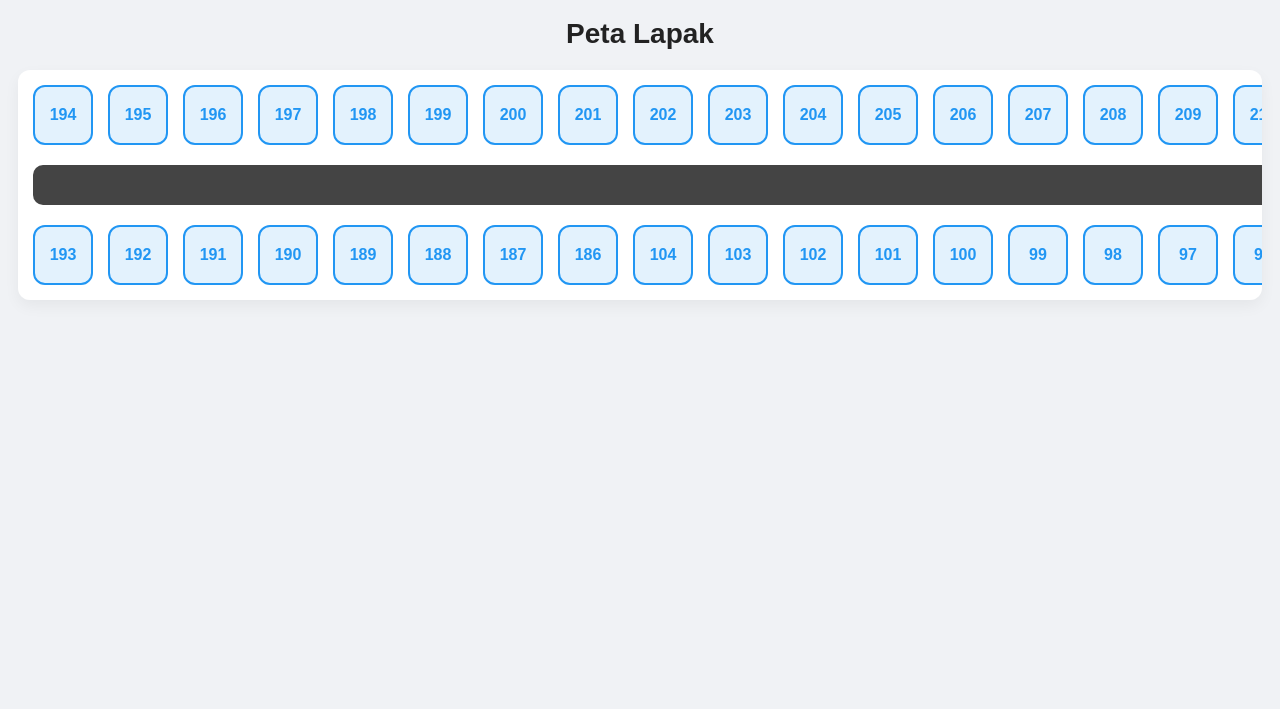
Repository: pasarrakyatbak/denah
Page: index.html
The author's editor kept a copy of each file at every save. The page is drawn from the files as they stood at one save, then again after the next save.
The browser window is 1280 px wide. The pictures show the whole page.

Above is the page before, as saved 2025-09-19 09:04:13.

### index.html
<!DOCTYPE html>
<html lang="id">

<head>
    <meta charset="utf-8" />
    <meta name="viewport" content="width=device-width,initial-scale=1" />
    <title>Peta Lapak</title>
    <link rel="stylesheet" href="style.css" />
</head>

<body>
    <h1>Peta Lapak</h1>

    <div class="scroll-container">
        <div class="h-inner">
            <!-- Baris atas: sisi kanan -->
            <div class="row top" id="right-side"></div>

            <!-- Jalan horizontal -->
            <div class="road" id="road">JALAN</div>

            <!-- Baris bawah: sisi kiri -->
            <div class="row bottom" id="left-side"></div>
        </div>
    </div>

    <script src="script.js"></script>
</body>

</html>

### style.css
/* Reset & Base */
* {
    margin: 0;
    padding: 0;
    box-sizing: border-box;
}

body {
    font-family: 'Poppins', sans-serif;
    background: #f0f2f5;
    color: #222;
    padding: 18px;
    text-align: center;
}

h1 {
    font-size: 28px;
    margin-bottom: 20px;
}

/* Scroll horizontal container */
.scroll-container {
    position: relative;
    width: 100%;
    overflow-x: auto;
    overflow-y: hidden;
    background: #fff;
    border-radius: 12px;
    padding: 15px;
    box-shadow: 0 6px 15px rgba(0, 0, 0, 0.05);
}

/* Flex column */
.h-inner {
    display: flex;
    flex-direction: column;
    gap: 20px;
    min-width: max-content;
}

/* Row lapak */
.row {
    display: flex;
    gap: 15px;
    align-items: center;
    min-width: max-content;
}

/* Kotak lapak modern */
.lapak {
    width: 60px;
    height: 60px;
    border-radius: 12px;
    background: #e3f2fd;
    border: 2px solid #2196f3;
    color: #2196f3;
    font-weight: 600;
    display: flex;
    align-items: center;
    justify-content: center;
    transition: all 0.2s ease;
    cursor: pointer;
}

.lapak:hover {
    background: #2196f3;
    color: #fff;
    transform: scale(1.1);
    box-shadow: 0 4px 12px rgba(0, 0, 0, 0.15);
}

/* Jalan */
.road {
    height: 40px;
    background: #444;
    color: #fff;
    display: flex;
    align-items: center;
    justify-content: center;
    border-radius: 10px;
    padding: 0 10px;
    min-width: max-content;
}

/* Gerbang */
.jalan-gerbang {
    width: 130px;
    height: 45px;
    background: #ff9800;
    color: #fff;
    display: flex;
    align-items: center;
    justify-content: center;
    border-radius: 10px;
    font-weight: 700;
    transition: all 0.2s;
}

.jalan-gerbang:hover {
    background: #fb8c00;
    transform: scale(1.05);
}

/* Container gapura lintas jalan */
.gapura-container {
    width: 60px;
    height: 60px;
    display: flex;
    flex-direction: column;
    align-items: center;
    justify-content: center;
    gap: 3px;
}

/* Simbol gapura */
.gapura-icon {
    font-size: 22px;
}

/* Panah */
.gapura-arrow {
    font-size: 18px;
    line-height: 1;
}

/* Sungai di bawah lapak */
.sungai-bawah {
    position: absolute;
    width: 80px;
    height: 50px;
    background: linear-gradient(to right, #2196f3, #64b5f6);
    border-radius: 8px;
    color: #fff;
    font-size: 18px;
    font-weight: bold;
    display: flex;
    align-items: center;
    justify-content: center;
    box-shadow: 0 3px 6px rgba(0, 0, 0, 0.2);
}

/* Responsive */
@media(max-width:900px) {
    .lapak {
        width: 50px;
        height: 50px;
        font-size: 14px;
    }

    .jalan-gerbang {
        width: 100px;
        height: 38px;
        font-size: 13px;
    }
}

@media(max-width:480px) {
    .lapak {
        width: 40px;
        height: 40px;
        font-size: 12px;
    }

    .jalan-gerbang {
        width: 80px;
        height: 34px;
        font-size: 12px;
    }
}

### script.js
// DATA NOMOR
const leftNumbers = [
    1, 2, 3, 4, 5, 6, 7, 8, 9, 10, 11, 15, 16, 17, 18, 19, 20, 21, 22, 23, 24,
    25, 26, 27, 28, 29, 30, 31, 32, 33, 34, 35, 36, 37, 38, 39, 40, 41, 42, 43,
    44, 45, 46, 47, 48, 49, 50, 51, 52, 53, 54, 55, 56, 57, 58, 59, 60, 61, 62,
    63, 64, 65, 66, 67, 68, 69, 70, 71, 72, 73, 74, 75, 76, 77, 78, 79, 80, 81,
    82, 83, 84, 85, 86, 87, 88, 89, 90, 91, 92, 93, 94, 95, 96, 97, 98, 99, 100,
    101, 102, 103, 104, 186, 187, 188, 189, 190, 191, 192, 193
];
const rightNumbers = [
    194, 195, 196, 197, 198, 199, 200, 201, 202, 203, 204, 205, 206, 207, 208,
    209, 210, 211, 212, 213, 105, 106, 107, 108, 109, 110, 111, 112, 113, 114,
    115, 116, 117, 118, 119, 120, 121, 122, 123, 124, 125, 126, 127, 128, 129,
    130, 131, 132, 133, 134, 135, 136, 137, 138, 214, 215, 216, 139, 140, 141,
    142, 143, 144, 145, 146, 147, 148, 149, 150, 151, 152, 153, 154, 155, 156,
    157, 158, 159, 160, 161, 162, 163, 164, 165, 166, 167, 168, 169, 170, 171,
    172, 173, 174, 175, 176, 177, 178, 179, 180, 181, 182, 183, 184, 185
];

const rightSide = document.getElementById('right-side');
const leftSide = document.getElementById('left-side');

// Fungsi buat lapak
function makeLapak(num) {
    const d = document.createElement('div');
    d.className = 'lapak';
    d.textContent = num;
    return d;
}
rightNumbers.forEach(n => rightSide.appendChild(makeLapak(n)));
leftNumbers.slice().reverse().forEach(n => leftSide.appendChild(makeLapak(n)));

// Gerbang di sisi kiri
function insertGerbangBetween(parent, a, b, label = 'Gerbang Sekolah') {
    const children = Array.from(parent.children);
    const idxA = children.findIndex(c => c.textContent == String(a));
    const idxB = children.findIndex(c => c.textContent == String(b));
    if (idxA === -1 || idxB === -1) return;
    const insertAfterIndex = Math.min(idxA, idxB);
    const refNode = parent.children[insertAfterIndex + 1] || null;
    const g = document.createElement('div');
    g.className = 'jalan-gerbang';
    g.textContent = label;
    parent.insertBefore(g, refNode);
}
insertGerbangBetween(leftSide, 2, 3);
insertGerbangBetween(leftSide, 11, 15);
// Fungsi buat gapura lintas jalan dengan garis penghubung
function insertGapuraLintasJalan(leftParent, rightParent, a, b) {
    const leftChildren = Array.from(leftParent.children);
    const rightChildren = Array.from(rightParent.children);

    const idxLeft = leftChildren.findIndex(c => c.textContent == String(a));
    const idxRight = rightChildren.findIndex(c => c.textContent == String(b));

    if (idxLeft === -1 || idxRight === -1) return;

    // Buat gapura bawah (⛩️ + panah ke atas)
    const gapuraBottom = document.createElement('div');
    gapuraBottom.className = 'gapura-container';
    gapuraBottom.innerHTML = `
        <div class="gapura-icon">⛩️</div>
        <div class="gapura-arrow">⬆️</div>
    `;
    leftParent.insertBefore(gapuraBottom, leftParent.children[idxLeft + 1]);

    // Buat gapura atas (panah ke bawah + ⛩️)
    const gapuraTop = document.createElement('div');
    gapuraTop.className = 'gapura-container';
    gapuraTop.innerHTML = `
        <div class="gapura-arrow">⬇️</div>
        <div class="gapura-icon">⛩️</div>
    `;
    rightParent.insertBefore(gapuraTop, rightParent.children[idxRight]);

    // Buat garis penghubung (connector) di jalan
    const road = document.getElementById("road");
    const connector = document.createElement("div");
    connector.className = "gapura-connector";
    road.appendChild(connector);
}

// Tambah gapura lintas jalan antara 57-58 (bawah) dan 145-146 (atas)
insertGapuraLintasJalan(leftSide, rightSide, 57, 146);
// Fungsi tambah simbol jembatan sungai di samping lapak tertentu
function insertJembatanSungai(parent, targetNum) {
    const children = Array.from(parent.children);
    const idx = children.findIndex(c => c.textContent == String(targetNum));
    if (idx === -1) return;

    const jembatan = document.createElement("div");
    jembatan.className = "jembatan-sungai";
    jembatan.innerHTML = "🌉<br><span>Sungai</span>";

    parent.insertBefore(jembatan, children[idx + 1]);
}
function placeSungaiBelowLapak(parent, targetNum) {
    const target = Array.from(parent.children)
        .find(c => c.textContent == String(targetNum));

    if (!target) return;

    // ambil posisi lapak 62
    const rect = target.getBoundingClientRect();
    const containerRect = parent.getBoundingClientRect();

    // buat elemen sungai
    const sungai = document.createElement("div");
    sungai.className = "sungai-bawah";
    sungai.innerHTML = "🌉 Sungai";

    // hitung posisi absolute (relative ke parent)
    sungai.style.left = (rect.left - containerRect.left) + "px";
    sungai.style.top = (rect.bottom - containerRect.top + 5) + "px";

    parent.style.position = "relative"; // biar posisi absolute bisa dipakai
    parent.appendChild(sungai);
}

// panggil untuk lapak 62
placeSungaiBelowLapak(leftSide, 62);

After the next save:
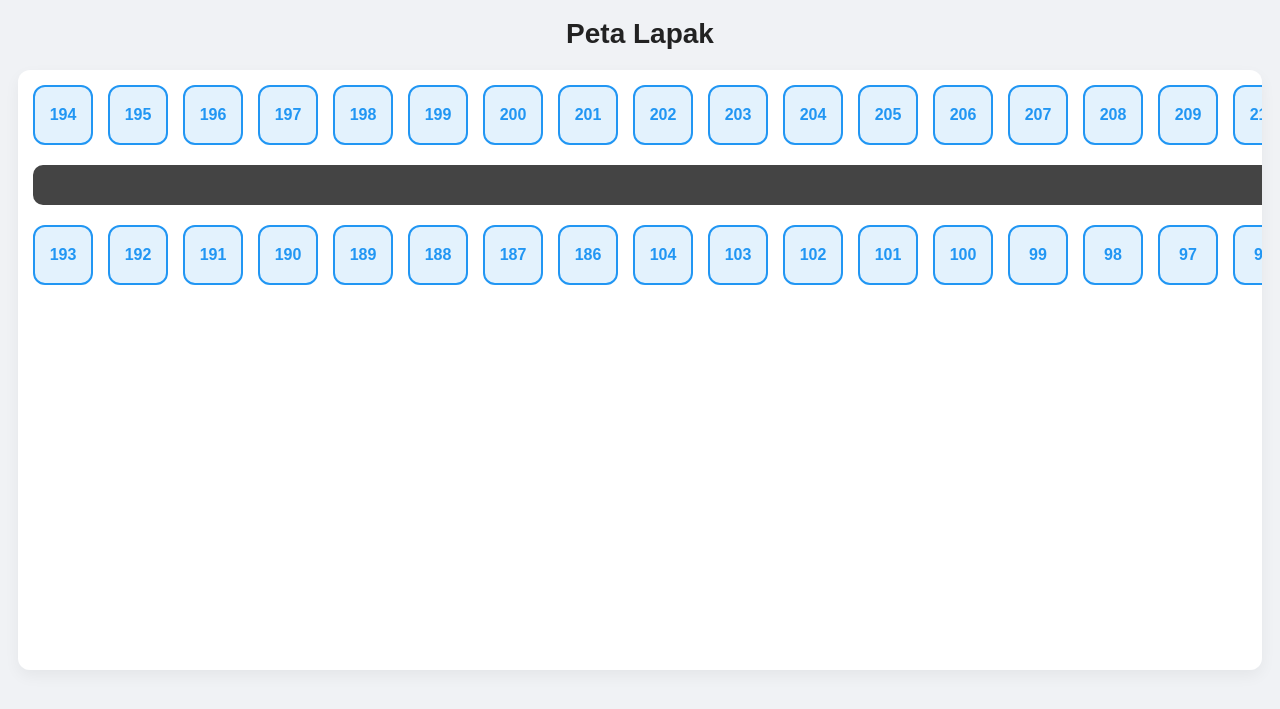
Saved 75 s later.
--- a/style.css
+++ b/style.css
@@ -18,12 +18,14 @@ h1 {
     margin-bottom: 20px;
 }
 
-/* Scroll horizontal container */
 .scroll-container {
     position: relative;
     width: 100%;
+    height: 600px;
+    /* kasih tinggi biar bisa scroll */
     overflow-x: auto;
-    overflow-y: hidden;
+    overflow-y: auto;
+    /* aktifkan scroll vertical */
     background: #fff;
     border-radius: 12px;
     padding: 15px;
